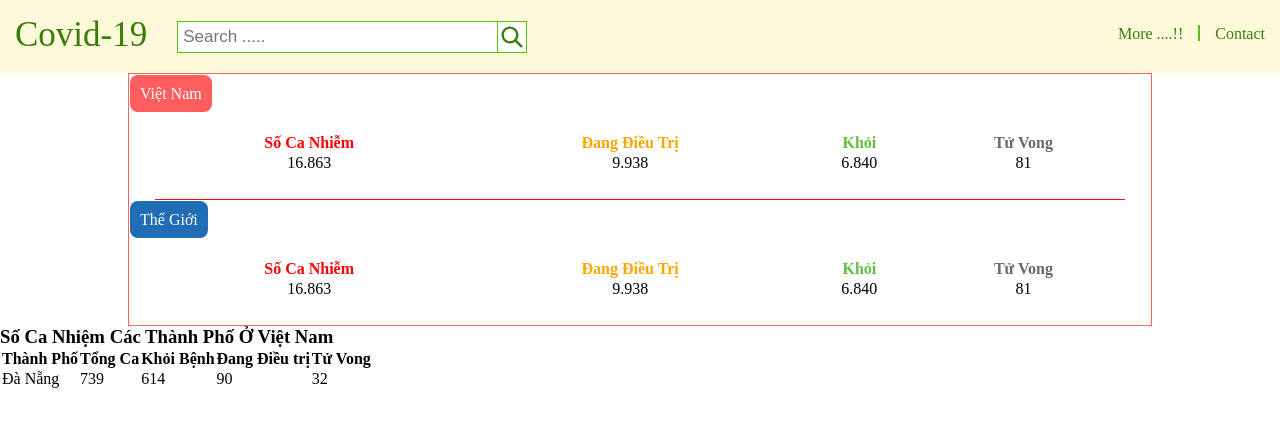
Repository: thuongton98/Covid
Page: html-css-js/index.html
The author's editor kept a copy of each file at every save. The page is drawn from the files as they stood at one save, then again after the next save.
The browser window is 1280 px wide. The pictures show the whole page.

Above is the page before, as saved 2021-07-01 10:08:55.

### html-css-js/index.html
<!DOCTYPE html>
<html lang="en">
<head>
    <meta charset="UTF-8">
    <meta http-equiv="X-UA-Compatible" content="IE=edge">
    <meta name="viewport" content="width=device-width, initial-scale=1.0">

    <link rel="stylesheet" href="./styles.css">
    <title>Covid-19</title>
</head>
<body>
    <nav>
        <div class="icon">
            <div class="icon-i">Covid-19</div>
            <div class="icon-search">
                <input type="text" placeholder="Search .....">
                <svg fill="#000000" xmlns="http://www.w3.org/2000/svg"  viewBox="0 0 48 48" width="48px" height="48px"><path d="M 20.5 6 C 12.515556 6 6 12.515562 6 20.5 C 6 28.484438 12.515556 35 20.5 35 C 23.773158 35 26.788919 33.893018 29.220703 32.050781 L 38.585938 41.414062 A 2.0002 2.0002 0 1 0 41.414062 38.585938 L 32.050781 29.220703 C 33.893017 26.788918 35 23.773156 35 20.5 C 35 12.515562 28.484444 6 20.5 6 z M 20.5 10 C 26.322685 10 31 14.677319 31 20.5 C 31 23.295711 29.914065 25.820601 28.148438 27.697266 A 2.0002 2.0002 0 0 0 27.701172 28.144531 C 25.824103 29.912403 23.29771 31 20.5 31 C 14.677315 31 10 26.322681 10 20.5 C 10 14.677319 14.677315 10 20.5 10 z"/></svg>
            </div>

        </div>
        <ul class="nav-i">
            <li>More ....!!</li>
            <li>Contact</li>
        </ul>
    </nav>
    <section class="case">
        <div>
            <span>Việt Nam</span>
            <table>

                <tr>
                    <th>Số Ca Nhiễm</th>
                    <th>Đang Điều Trị</th>
                    <th>Khỏi</th>
                    <th>Tử Vong</th>
                </tr>
                <tr>
                    <td>16.863</td>
                    <td>9.938</td>
                    <td>6.840</td>
                    <td>81</td>
                </tr>

            </table>
           <div class="line"></div>
            <span class="word">Thế Giới</span>
            <table>
                <tr>
                    <th>Số Ca Nhiễm</th>
                    <th>Đang Điều Trị</th>
                    <th>Khỏi</th>
                    <th>Tử Vong</th>
                </tr>
                <tr>
                    <td>16.863</td>
                    <td>9.938</td>
                    <td>6.840</td>
                    <td>81</td>
                </tr>
            </table>
            </table>
        </div>
    </section>
    <section class="all-case">
        <h3>Số Ca Nhiệm Các Thành Phố Ở Việt Nam</h3>
        <table>
            <tr>
                <th>Thành Phố</th>
                <th>Tổng Ca</th>
                <th>Khỏi Bệnh</th>
                <th>Đang Điều trị</th>
                <th>Tử Vong</th>
            </tr>
            <tr>
                <td>Đà Nẵng</td>
                <td>739</td>
                <td>614</td>
                <td>90</td>
                <td>32</td>
            </tr>
        </table>
    </section>
</body>
</html>

### html-css-js/styles.css

*{
    padding: 0;
    margin: 0;
    box-sizing: border-box;
}



nav{
    background-color: #fff9db;
    display: flex;
    justify-content: space-between;
    padding:15px
}


nav .icon{
    display: flex;
}

nav .nav-i{
    display: flex;
}

nav .nav-i li{
    list-style: none;
    padding-right: 15px;
    padding-top:10px;
    color:#397d09;
    cursor: pointer;

}

nav .nav-i li:hover{
    color:#57bf0d;
}

nav .nav-i li:last-child{
    padding-right:0;
}

nav .nav-i li:after{
    content: '';
    border: 1px solid #57bf0d;
    margin-left:15px;
    font-size: 12px;
    position: relative;
    top:-2px;
}

nav .nav-i li:last-child::after{
    display: none;
}

nav .icon .icon-i{
    font-size: 35px;
    color: #397d09;
    cursor: pointer;
}

nav .icon .icon-search{
    margin-left:30px;
    position: relative;
   top:-5px;
}


nav .icon .icon-search input{
   padding: 5px;
   width: 350px;
   outline: none;
   border: none;
   font-size: 17px;
   border:1px solid #57bf0d;


}

nav .icon .icon-search svg{
    fill: #397d09;
    cursor: pointer;
    width: 30px;
    height: 32px;
    position: relative;
    border: 1px solid #57bf0d;
    position: relative;
    left: -34px;
    top:11px;
}

nav .icon .icon-search svg:hover{

    fill:#57bf0d
}

.case{
    padding-left: 10%;
    padding-right: 10%;
}

.case div{
    border: 1px solid #f56767;

}
.case .line{
    border-top: 1px solid red;
    border-bottom: none;
    width: 95%;
    margin: 0 auto;
}
.case div table{
   padding: 25px;
   padding-top:40px;
    width: 100%;
}

.case div table td{
    text-align: center;
}

.case div table th:nth-child(1){
    color: red;
}

.case div table th:nth-child(2){
    color: orange;
}

.case div table th:nth-child(3){
    color: #61bf3f;
}

.case div table th:nth-child(4){
    color: #696969;
}

.case div span{
    background-color: #ff5e5e;
    padding:10px;
    position: relative;
    top:11px;
    left:1px;
    border-radius: 8px;
    color: #fff;
}

.case div .word{
    background-color: #216db5;

}

After the next save:
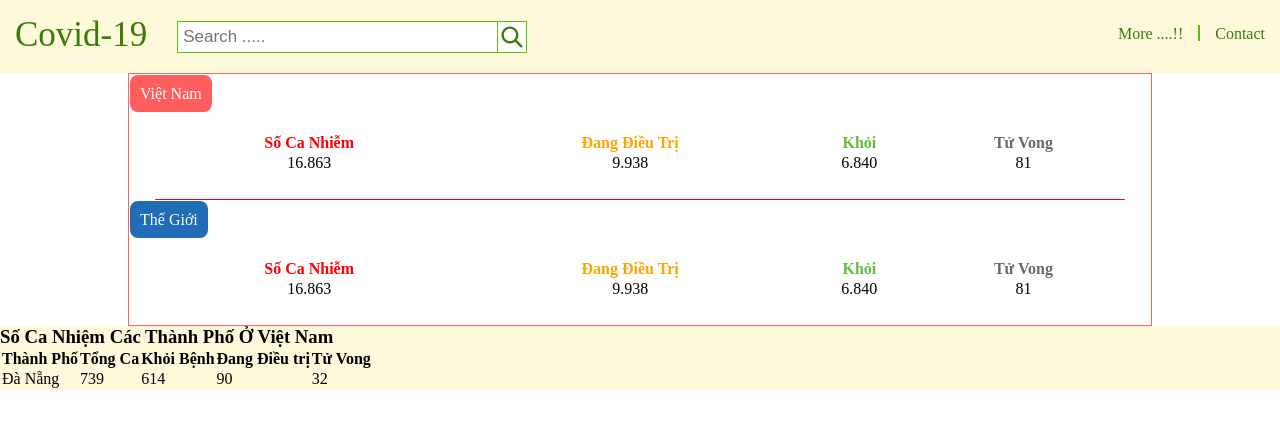
Saved 49 s later.
--- a/html-css-js/styles.css
+++ b/html-css-js/styles.css
@@ -149,3 +149,7 @@ nav .icon .icon-search svg:hover{
     background-color: #216db5;
 
 }
+
+.all-case{
+    background-color: #fff9db;
+}
